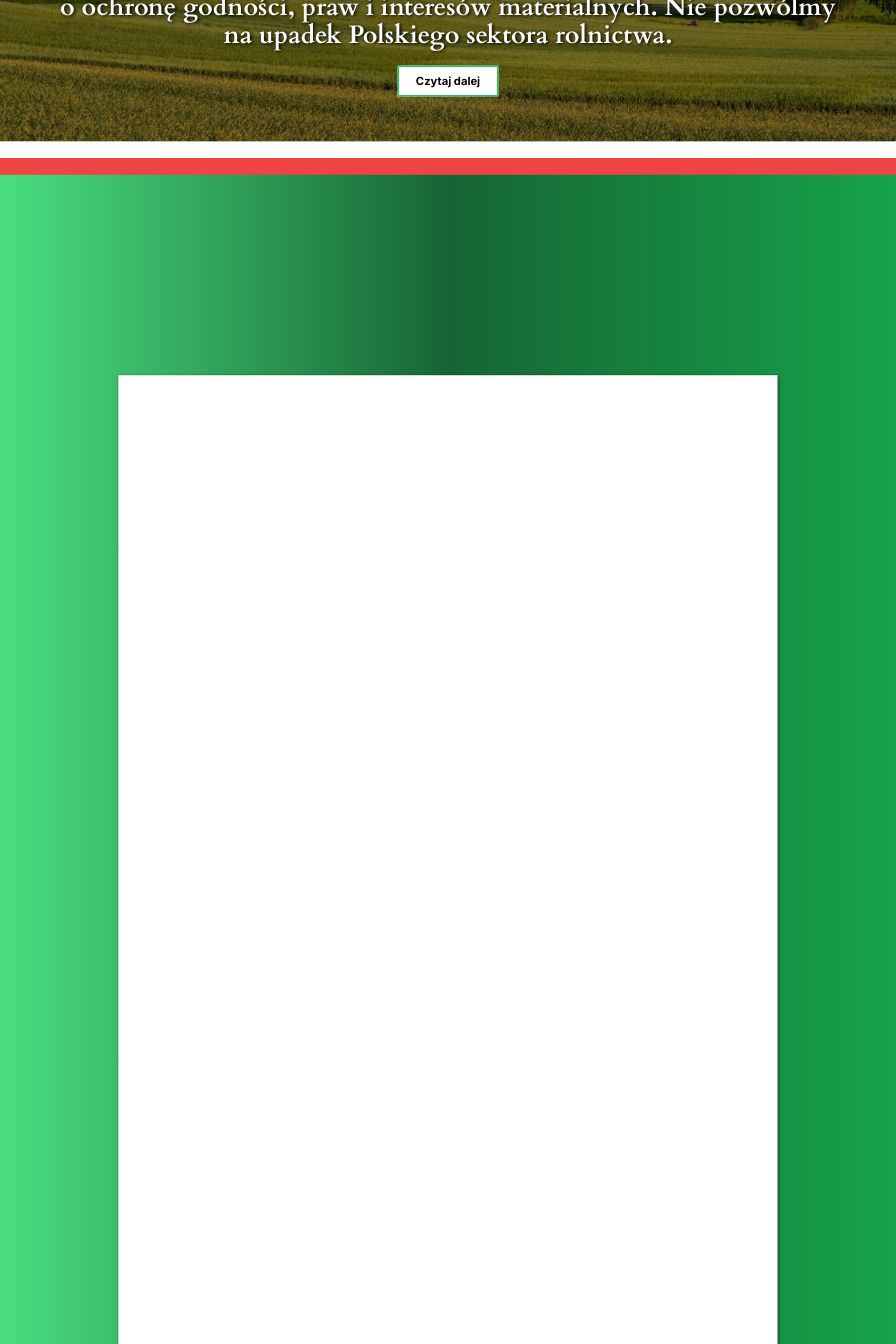
Repository: wesiudev/ZZRPWiS
Page: /
These files come from the project's save history. The page is drawn as it stood at one moment and after the next save; the edit follows.
The browser window is 1280 px wide. The pictures show the part of the page from y = 304 to 2224 px (the page is 2714 px tall), at 70% of full size.
The project was rebuilt for these pictures with package versions that can differ from the ones it lists, and the page was loaded fresh each time. The framework's server and built-in components were replaced by stand-ins that run in the browser. Also part of the build but not shown: next.config.mjs.

Above is the page before, as saved 2024-08-02 22:05:10.

After the next save:
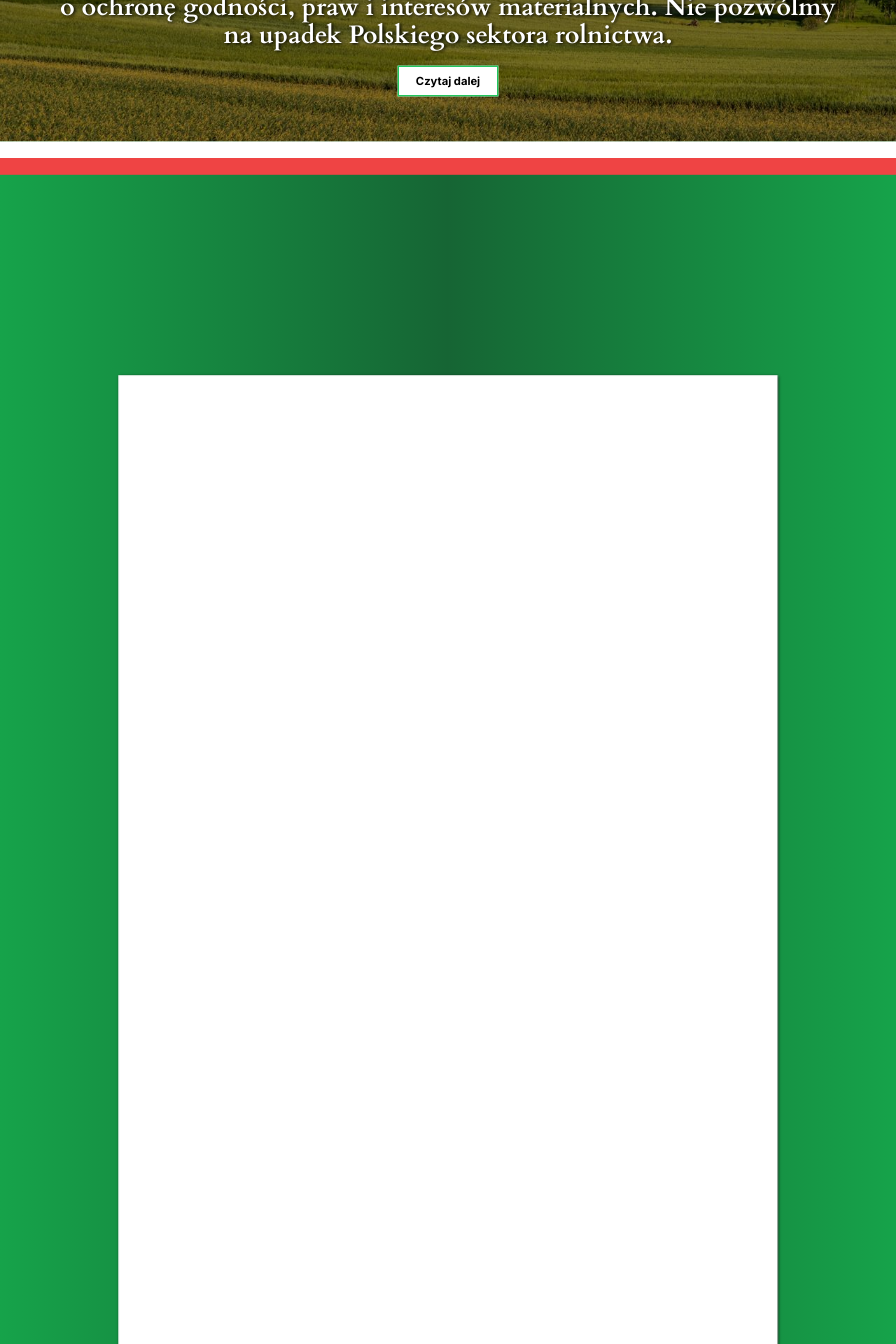
Saved 8 s later.
--- a/src/app/layout.tsx
+++ b/src/app/layout.tsx
@@ -18,7 +18,7 @@
   return (
     <html lang="pl">
       <body
-        className={`bg-gradient-to-r from-green-400 via-green-800 to-green-600 ${inter.className} ${cardo.variable}`}
+        className={`bg-gradient-to-r from-green-600 via-green-800 to-green-600 ${inter.className} ${cardo.variable}`}
       >
         {children}
       </body>
